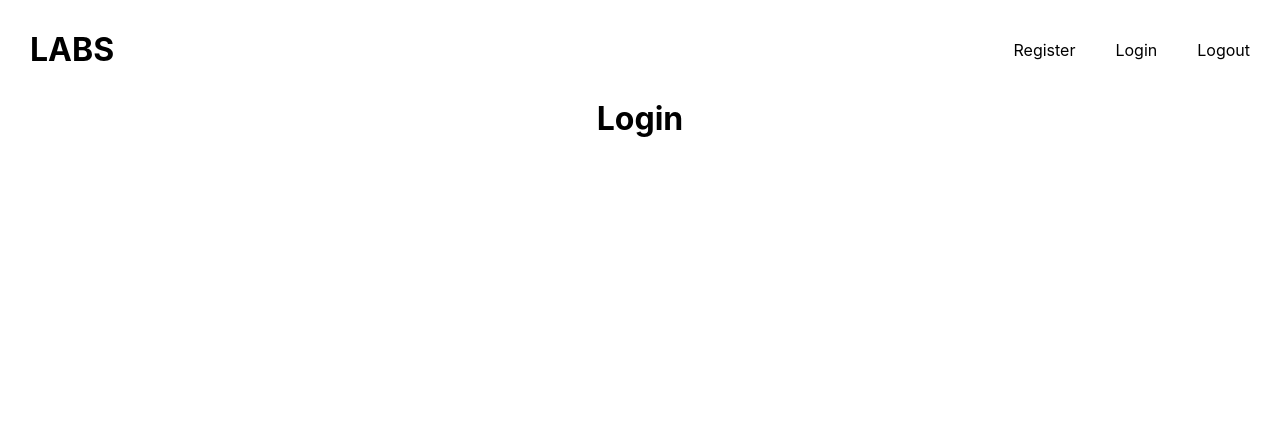
Repository: Prafullkuma/labsdata
Page: /login
These files come from the project's save history. The page is drawn as it stood at one moment and after a run of saves; the edit follows.
The browser window is 1280 px wide. The pictures show the whole page.
The project was rebuilt for these pictures with package versions that can differ from the ones it lists, and the page was loaded fresh each time. Also part of the build but not shown: src/Component/Admin.css, src/Component/Details/details.css, src/Component/Student/addstudent.css, src/Component/Student/Addstudent.js, src/Component/Student/ViewData/ViewData.css, src/Component/Student/ViewData/ViewStudentData.js, src/Component/Student/ViewStudent.js, src/Component/Details/Details.js and 4 more.

Above is the page before, as saved 2020-08-26 14:51:58.

### src/App.js
import React from 'react';
import './App.css';
import Nav from './Component/Nav'
import Admin from './Component/Admin'
import Main from './Component/Main'
import Login from './Auth/Login'
import Signup from './Auth/Signup'
import Logout from './Auth/Logout'
import { BrowserRouter as Router, Route } from 'react-router-dom'
function App() {
  return (
    <div className="App">
      <Router>
        <Nav />
        <Route path="/logout" component={Logout} />
        <Route path="/signup" component={Signup} />
        <Route path="/login" component={Login} />
        <Route path="/admin" component={Admin} />
        <Route exact path="/" component={Main} />
      </Router>
    </div>
  );
}

export default App;

### src/Component/Nav.js
import React from 'react'
import './Nav.css'
import { Link } from 'react-router-dom'
function Nav() {
    return (
        <div className="Navbar">
            <h1> <Link to="/"> LABS</Link></h1>
            <ul>
                <li><Link to="/signup"> Register</Link></li>
                <li><Link to="/login">Login</Link></li>
                <li><Link to="/logout">Logout</Link>
                </li>
            </ul>
        </div>
    )
}

export default Nav

### src/Auth/Login.js
import React from 'react'

function Login() {
    return (
        <div>
            <h1>Login</h1>
        </div>
    )
}

export default Login

### src/Component/Nav.css
.Navbar{
    padding: 30px;
    display: flex;
    justify-content: space-between;
    align-items: center;

}
a{
    text-decoration: none;
    color:black;
    }
ul,li{
    list-style: none;
    float: left;
    margin-left: 40px;
}

### src/firebase.js
import firebase from 'firebase'

import 'firebase/firestore'
import 'firebase/auth'

var firebaseConfig = {
    apiKey: "AIzaSyDBjwEIOoHjkS1sD05WaYhi0mxlrS6cIds",
    authDomain: "labsdata-13bd9.firebaseapp.com",
    databaseURL: "https://labsdata-13bd9.firebaseio.com",
    projectId: "labsdata-13bd9",
    storageBucket: "labsdata-13bd9.appspot.com",
    messagingSenderId: "673732582527",
    appId: "1:673732582527:web:3f4a8688ae38e1fa14f34a",
    measurementId: "G-1QEVCBTCNL"
};
// Initialize Firebase
const data = firebase.initializeApp(firebaseConfig);
const db = data.firestore()
const auth = data.auth()

export { db, auth, firebase as default }

### src/Auth/signup.css
.register{
    text-align: center;
}
.register h1{
    text-transform: uppercase;
    font-family: sans-serif;
    margin-bottom: 20px;
}
#outlined-basic{
}

Loaded but not shown: public/index.html (common file); src/index.js (common file); src/index.css (common file); src/serviceWorker.js (common file); src/App.css (common file); src/Component/Main.css (no stored copy; drawn as an empty file); src/Component/Student/viewstudent.css (no stored copy; drawn as an empty file)

After the next 3 saves:
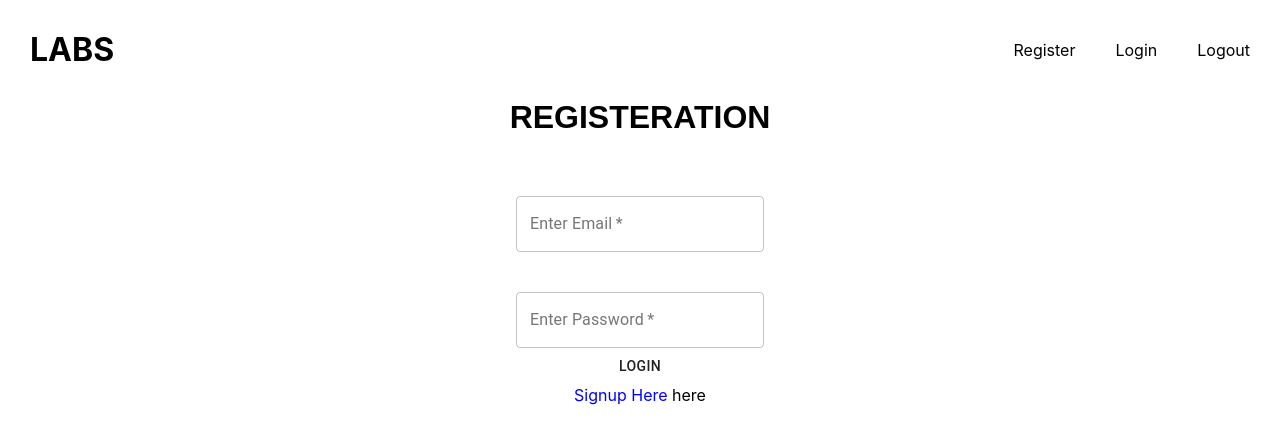
The 3 saves are shown as one change because 2 did not build or start.
The last was saved 13 min 11 s later.
--- a/src/Auth/Login.js
+++ b/src/Auth/Login.js
@@ -1,11 +1,49 @@
-import React from 'react'
+import React, { useState } from 'react'
+import { TextField, Button } from '@material-ui/core'
+import { Link } from 'react-router-dom'
+import { auth } from '../firebase'
 
 function Login() {
-    return (
-        <div>
-            <h1>Login</h1>
-        </div>
-    )
-}
+        const [email, setEmail] = useState('')
+        const [password, setPassword] = useState('')
+        const [error, setError] = useState('')
+        const loginHandler = (e) => {
+            e.preventDefault()
+        }
+        return (
+            <div className="register">
+                <h1>Registeration</h1>
+                <form>
+                    <p>{error}</p>
+                    <br />
+                    <br />
+                    <TextField id="outlined-basic"
+                        type="email"
+                        required
+                        value={email}
+                        onChange={e => setEmail(e.target.value)}
+                        label="Enter Email"
+                        variant="outlined"
+                    />
+                    <br />
+                    <br />
+                    <br />
+                    <TextField
+                        value={password}
+                        onChange={e => setPasswod(e.target.value)}
+                        id="outlined-basic"
+                        type="password"
+                        required label="Enter Password"
+                        variant="outlined" />
+                    <br />
+                    <Button onClick={loginHandler}> Login</Button>
+                    <br />
+                    <p><Link to="/signup" style={{ color: 'blue' }}>Signup Here</Link> here</p>
+                </form>
+
+            </div>
+
+        )
+    }
 
 export default Login
